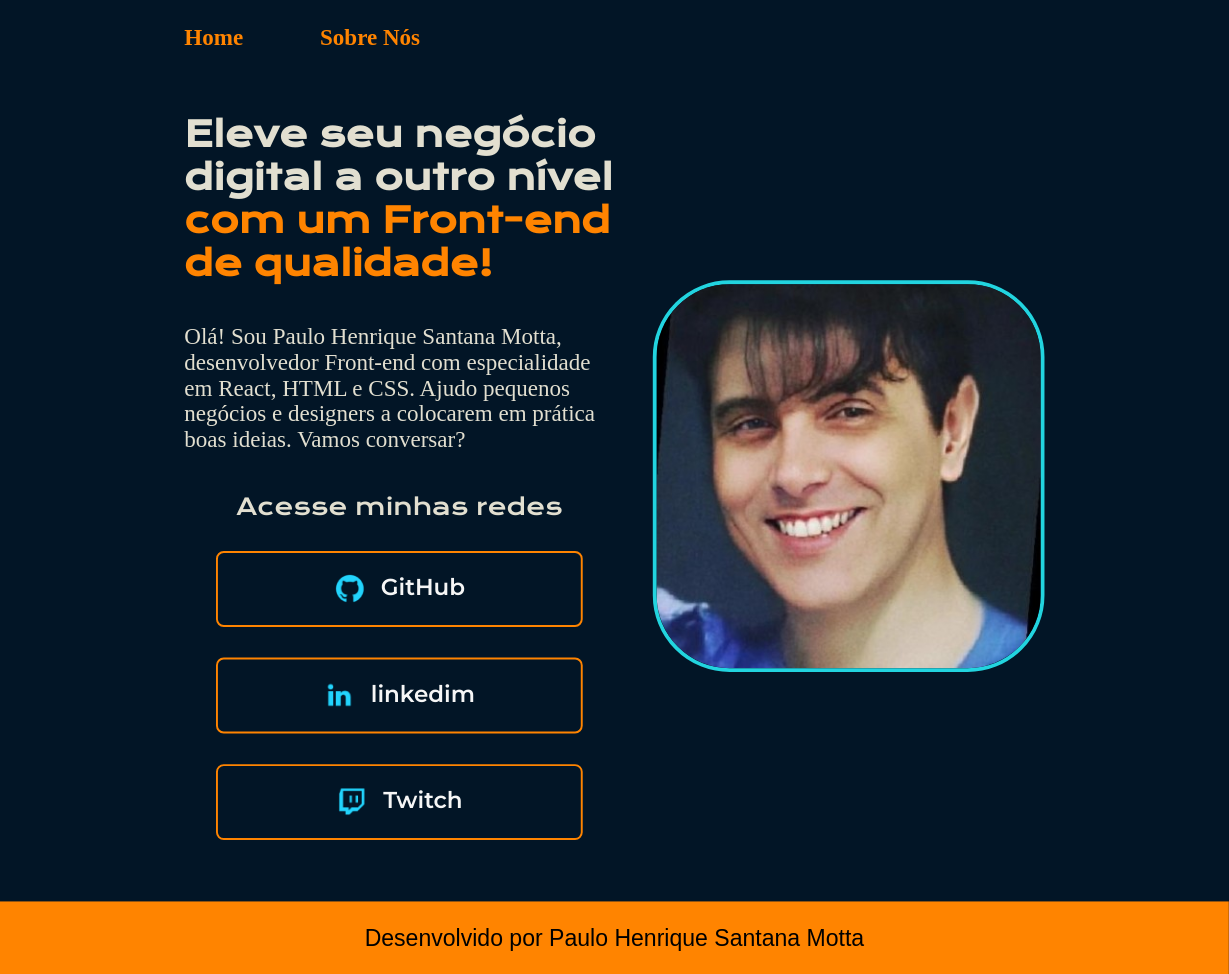
Repository: phsmottanerd/projeto-portfolio-alura
Page: index.html
These files come from the project's save history. The page is drawn as it stood at one moment and after the next save; the edit follows.
The browser window is 1280 px wide. The pictures show the whole page, at 96% of full size.

Above is the page before, as saved 2025-01-30 01:20:48.

### index.html
<!DOCTYPE html>
<html lang="pt-br">
  <head>
    <meta charset="UTF-8" />
    <meta http-equiv="X-UA-Compatible" content="IE=edge" />
    <meta name="viewport" content="width=device-width, initial-scale=1.0" />
    <title>Portifolio</title>
    <link rel="stylesheet" href="./estilos/style.css" />
  </head>

  <body>
    <header class="cabecalho">
      <nav class="cabecalho__menu">
        <a class="cabecalho__menu__link" href="index.html">Home</a>
        <a class="cabecalho__menu__link" href="about.html">Sobre Nós</a>
      </nav>
    </header>
    <main class="apresentacao">
      <section class="apresentacao__conteudo">
        <h1 class="apresentacao__conteudo__titulo">
          Eleve seu negócio digital a outro  nível
          <strong class="titulo-destaque"
            >com um Front-end de qualidade!
          </strong>
        </h1>
        <p class="apresentacao__conteudo__texto">
          Olá! Sou Paulo Henrique Santana Motta, desenvolvedor Front-end com especialidade em
          React, HTML e CSS. Ajudo pequenos negócios e designers a colocarem em
          prática boas ideias. Vamos conversar?
        </p>
        <div class="apresentacao__links">
          <h2 class="apresentacao__links__subtitulo">Acesse minhas redes</h2>
          <a
            class="apresentacao__links__link"
            href="https://github.com/phsmottanerd"
          >
            <img src="./img/github.png" />
            GitHub
          </a>
          <a
            class="apresentacao__links__link"
            href="https://linkedim.com/phsmottanerd"
          >
            <img src="./img/linkedin.png" />
            linkedim
          </a>
          <a class="apresentacao__links__link" href="https://.com/phsmottanerd">
            <img src="./img/twitch.png" />
            Twitch
          </a>
        </div>
      </section>
      <img class="apresentacao__imagem" src="./img/1722867171561.jpg" alt="Paulo Henrique Santana Motta  programador" />
    </main>
    <footer class="rodape">
      <p>Desenvolvido por Paulo Henrique Santana Motta</p>
    </footer>
  </body>
</html>

### estilos/style.css
@import url("https://fonts.googleapis.com/css2?family=Krona+One&family=Montserrat:wght@400;600&display=swap");

:root {
  --cor-primaria: #021526;
  --cor-secundaria: #E2DFD0;
  --cor-terciaria:#FF8400;
  --cor-hover: #FF8400;

  --font-primaria: "Krona One", sans-serif;
   --font-secundaria:"Montserrat", sans-serif;


}

* {
  margin: 0;
  padding: 0;
}

body {
  box-sizing: border-box;
  background-color: var(--cor-primaria);
  color: var(--cor-secundaria);
}
.cabecalho {
  padding: 2% 0% 0% 15%;
}
.cabecalho__menu {
  display: flex;
  gap: 80px;
}

.cabecalho__menu__link {
  font-family: var(----font-secundaria);
  font-size: 1.5rem;
  font-weight: 600;
  color: var(--cor-terciaria);
  text-decoration: none;
}

.titulo-destaque {
  color: var(--cor-terciaria);
}

.apresentacao {
  padding: 5% 15%;
  display: flex;
  align-items: center;
  justify-content: space-between;
}
.apresentacao__conteudo {
  width: 50%;
  display: flex;
  flex-direction: column;
  gap: 40px;
}

.apresentacao__conteudo__titulo {
  font-size: 2.25rem;
  font-family: var(--font-primaria);
}

.apresentacao__conteudo__texto {
  font-size: 1.5rem;
  font-family: var(----font-secundaria);
}

.apresentacao__links {
  display: flex;
  flex-direction: column;
  justify-content: space-between;
  align-items: center;
  gap: 32px;
}
.apresentacao__links__subtitulo {
  font-family: "Krona One", sans-serif;
  font-weight: 400;
  font-size: 1.5rem;
}
.apresentacao__links__link {
  /* background-color: #22D4FD; */
  justify-content: center;
  gap: 16px;
  display: flex;
  border: 2px solid var(--cor-terciaria);
  width: 378px;
  text-align: center;
  border-radius: 8px;
  font-size: 1.5rem;
  font-weight: 600;
  padding: 21.5px 0;
  text-decoration: none;
  color: #f6f6f6;
  font-family: "Montserrat", sans-serif;
}
.apresentacao__links__link:hover {
  background-color: var(--cor-hover);
}
.apresentacao__imagem{

  width: 50%;
}
.rodape {
  padding: 24px;
  color: #000;
  background-color: var(--cor-terciaria);
  text-align: center;
  font-family: "Montsearrat", sans-serif;
  font-size: 1.5rem;
  font-weight: 400;
}
.apresentacao__imagem  {
  border-radius: 80px;
  border: 4px solid #22d4Df;
  width: 400px;
  heighit: 400px;

}

After the next save:
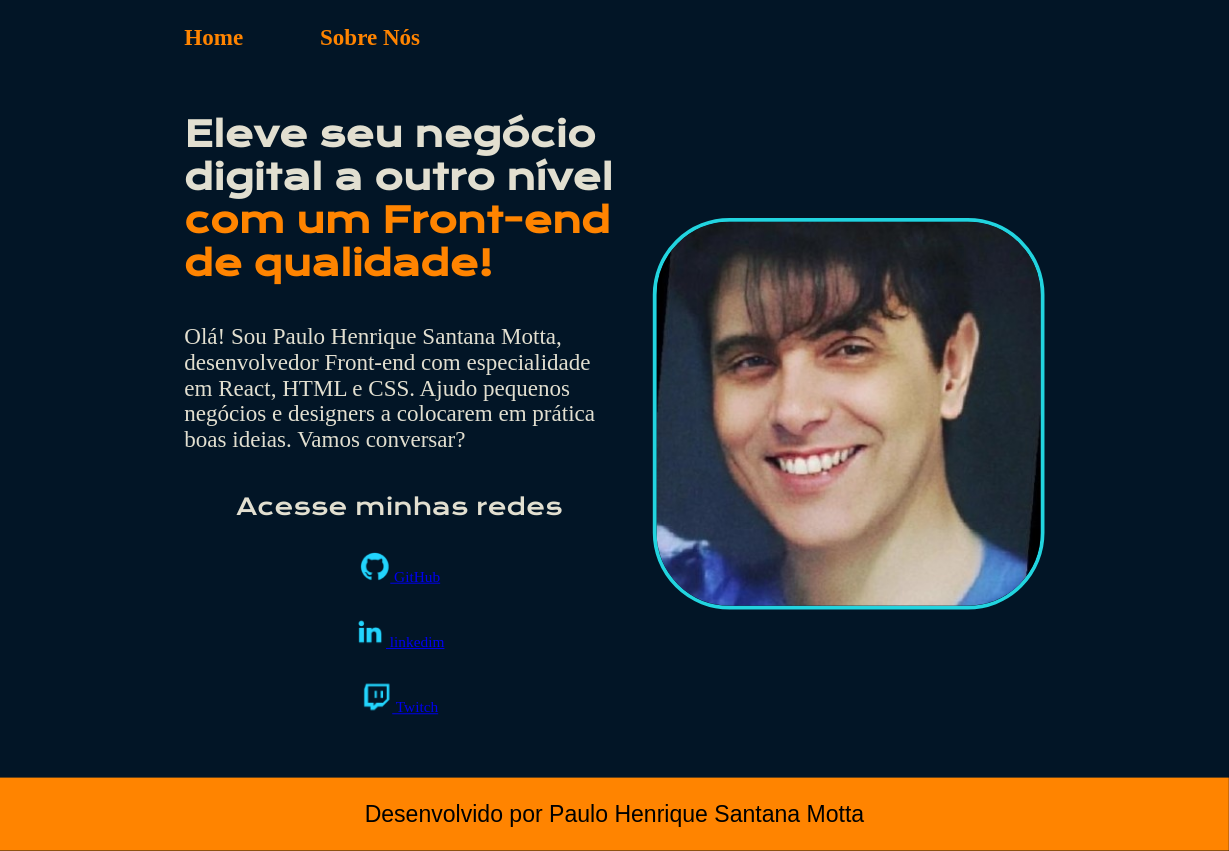
Saved 2 min 29 s later.
--- a/index.html
+++ b/index.html
@@ -31,20 +31,20 @@
         <div class="apresentacao__links">
           <h2 class="apresentacao__links__subtitulo">Acesse minhas redes</h2>
           <a
-            class="apresentacao__links__link"
+            class="apresentacao__links__navegacao"
             href="https://github.com/phsmottanerd"
           >
             <img src="./img/github.png" />
             GitHub
           </a>
           <a
-            class="apresentacao__links__link"
+            class="apresentacao__links__navegacao"
             href="https://linkedim.com/phsmottanerd"
           >
             <img src="./img/linkedin.png" />
             linkedim
           </a>
-          <a class="apresentacao__links__link" href="https://.com/phsmottanerd">
+          <a class="apresentacao__links_navegacaok" href="https://.com/phsmottanerd">
             <img src="./img/twitch.png" />
             Twitch
           </a>
